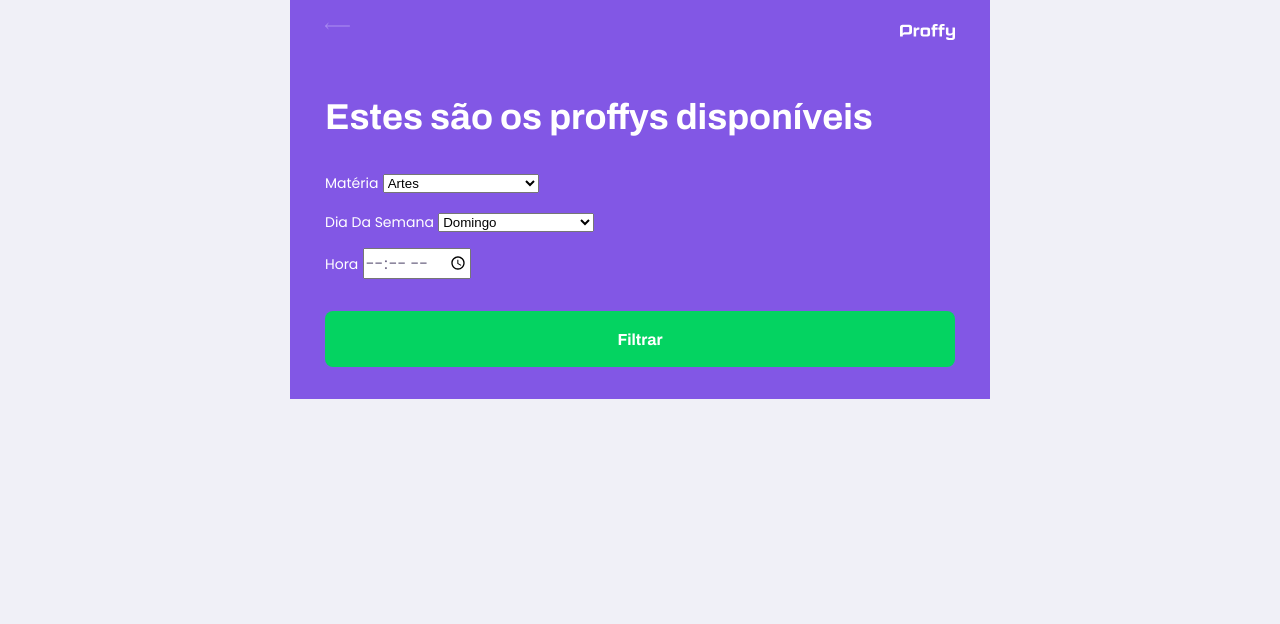
Repository: LukeVersus/NLW
Page: study.html
An editor plug-in stored every save of this project. The page is shown before and after the next save, followed by the edit.
The browser window is 1280 px wide. The pictures show the whole page.

Above is the page before, as saved 2020-08-05 00:17:51.

### study.html
<!DOCTYPE html>
<html lang="pt_br">
<head>
    <meta charset="UTF-8">
    <meta name="viewport" content="width=device-width, initial-scale=1.0">
    <title>Proffy | Sua Plataforma de Estudos Online</title>
    <link rel="stylesheet" href="/styles/main.css">
    <link rel="stylesheet" href="/styles/partials/page-study.css">
    <link href="https://fonts.googleapis.com/css2?family=Archivo:wght@400;700&amp;family=Poppins:wght@400;600&amp;display=swap" rel="stylesheet">

</head>
<body id="page-study">

    <div id="container">
        <header class="page-header">
            <div class="top-bar-container">
                <a href="/">
                    <img src="/images/icons/back.svg" alt="Voltar">
                </a>
                <img src="/images/logo.svg" alt="Proffy">
            </div>
            <div class="header-content">
                <strong>Estes são os proffys disponíveis</strong>
                <form id="search-teachers">
                    <div class="select-block">
                        <label for="subject">Matéria</label>
                        <select name="subject" id="subject">
                            <option value="" disabled="" hidden="">Selecione Uma Opção</option>
                            <option value="1">Artes</option>
                            <option value="2">Biologia</option>
                            <option value="3">Ciências</option>
                            <option value="4">Educação Física</option>
                            <option value="5">Espanhol</option>
                            <option value="6">Física</option>
                            <option value="7">Geografia</option>
                            <option value="8">História</option>
                            <option value="9">Inglês</option>
                            <option value="10">Matemática</option>
                            <option value="11">Português</option>
                            <option value="12">Química</option>
                        </select>
                    </div>
                    <div class="select-block">
                        <label for="weekday">Dia Da Semana</label>
                        <select name="weekday" id="weekday">
                            <option value="" disabled="" hidden="">Selecione Uma Opção</option>
                            <option value="1">Domingo</option>
                            <option value="2">Segunda-Feira</option>
                            <option value="3">Terça-Feira</option>
                            <option value="4">Quarta-Feira</option>
                            <option value="5">Quinta-Feira</option>
                            <option value="6">Sexta-Feira</option>
                            <option value="7">Sábado</option>
                        </select>
                    </div>
                    <div class="input-block">
                        <label for="time">Hora</label>
                        <input name="time" id="time" type="time"/>
                    </div>
                    <button type="submit">Filtrar</button>
                </form>
            </div>
        </header>
    </div>


</body>
</html>

### styles/main.css
:root{
    --color-background: #F0F0F7;
    --color-primary-lighter: #9871F5;
    --color-primary-light: #916BEA;
    --color-primary: #8257E5;
    --color-primary-dark: #774DD6;
    --color-primary-darker: #6842C2;
    --color-secondary: #04D361;
    --color-secondary-dark: #04BF58;
    --color-title-in-primary: #FFFFFF;
    --color-text-in-primary: #D4C2FF;
    --color-text-title: #32264D;
    --color-text-complement: #9C98A6;
    --color-text-base: #6A6180;
    --color-line-in-white: #E6E6F0;
    --color-input-background: #F8F8FC;
    --color-button-text: #FFFFFF;
    --color-box-base: #FFFFFF;
    --color-box-footer: #FAFAFC;
    --color-small-info: #C1BCCC;
    /*tamanho da fonte padrão: 16px - 100% - 1rem */
    font-size: 60%; /*Controle das medidas rem e % */
}

* {
    margin: 0;
    padding: 0;
    box-sizing: border-box;
}

html, body{
    height: 100vh;
}

body{
    background: var(--color-background);
    display: flex;
    align-items: center;
    justify-content: center;
}

body, input, button, textarea{
    font: 500 1.6rem Poppins;
    color: var(--color-text-base);
}

#container{
    width: 90vw;
    max-width: 700px;
}

@media (min-width: 700px){
    :root{
        font-size: 62.5%;
    }
}

### styles/partials/page-study.css
#page-study #container{
    width: 100vw;
    height: 100vh;
}

.page-header{
    background-color: var(--color-primary);
    display: flex;
    flex-direction: column;
}

.page-header .top-bar-container{
    width: 90%;
    margin: 0 auto;
    display: flex;
    align-items: center;
    justify-content: space-between;
    padding: 1.6rem 0;
}

.page-header .top-bar-container a{
    height: 3.2rem;
    transition: opacity 0.2s;
}

.page-header .top-bar-container a:hover{
    opacity: 0.6;
}

.page-header .top-bar-container img{
    height: 1.6rem;
}

.page-header .header-content{
    width: 90%;
    margin: 3.2rem auto;
}

.page-header .header-content strong{
    font: 700 3.6rem Archivo;
    line-height: 4.2rem;
    color: var(--color-title-in-primary);
}

#search-teachers{
    margin-top: 3.2rem;
}

#search-teachers label{
    color: var(--color-title-in-primary);
}

#search-teachers .select-block{
    margin-bottom: 1.4rem;
}

#search-teachers button{
    width: 100%;
    height: 5.6rem;
    background: var(--color-secondary);
    color: var(--color-button-text);
    border: 0;
    border-radius: 0.8rem;
    cursor: pointer;
    font: 700 1.6rem Archivo;
    display: flex;
    align-items: center;
    justify-content: center;
    text-decoration: none;
    transition: background 0.2s;
    margin-top: 3.2rem;
}

#search-teachers button:hover{
    background-color: var(--color-secondary-dark);
}

.select-block label,
.input-block label{
    font-size: 1.4rem;
    color: var(--color-text-complement);
}

After the next save:
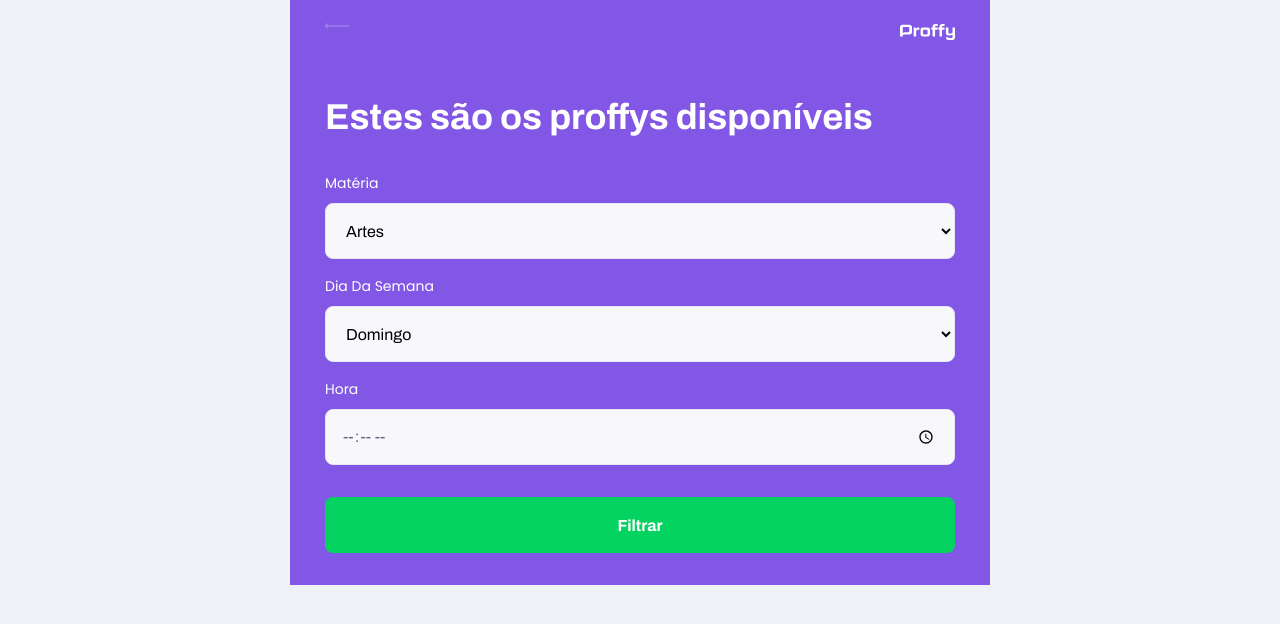
Saved 2 min 49 s later.
--- a/styles/partials/page-study.css
+++ b/styles/partials/page-study.css
@@ -80,3 +80,16 @@
     font-size: 1.4rem;
     color: var(--color-text-complement);
 }
+
+.input-block input,
+.select-block select{
+    width: 100%;
+    height: 5.6rem;
+    margin-top: 0.8rem;
+    border-radius: 0.8rem;
+    background: var(--color-input-background);
+    border: 1px solid var(--color-line-in-white);
+    outline: 0;
+    padding: 0 1.6rem;
+    font: 1.6rem Archivo;
+}
